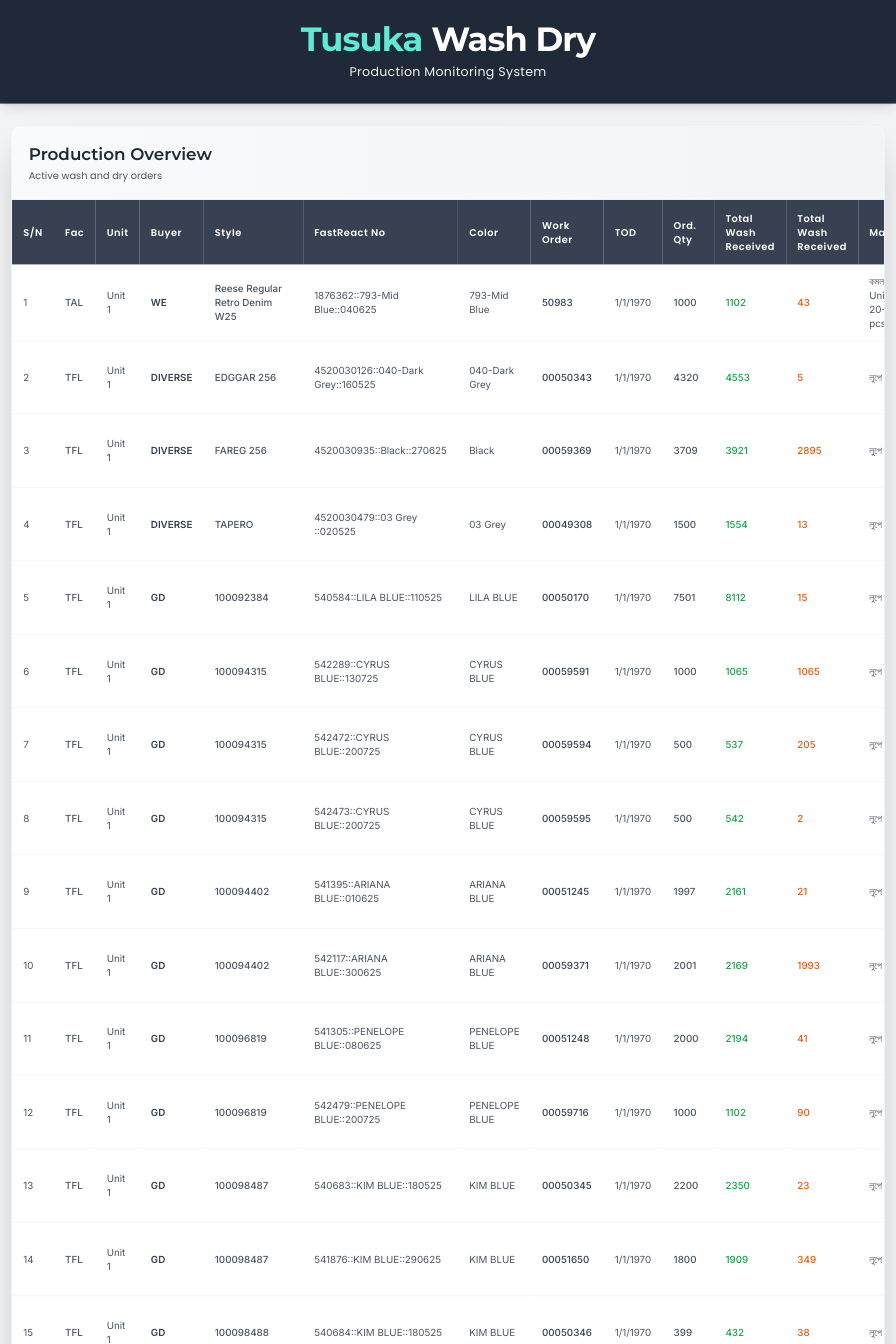
Repository: AhmedMuktadir14218/TusukaDryWash
Page: 1st Wash/index.html
An editor plug-in stored every save of this project. The page is shown before and after the next save, followed by the edit.
The browser window is 1280 px wide. The pictures show the part of the page from y = 0 to 1920 px (the page is 4107 px tall before and 4127 px after), at 70% of full size.
Some web libraries are served in a nearby version.

Above is the page before, as saved 2025-07-01 12:00:20.

After the next save:
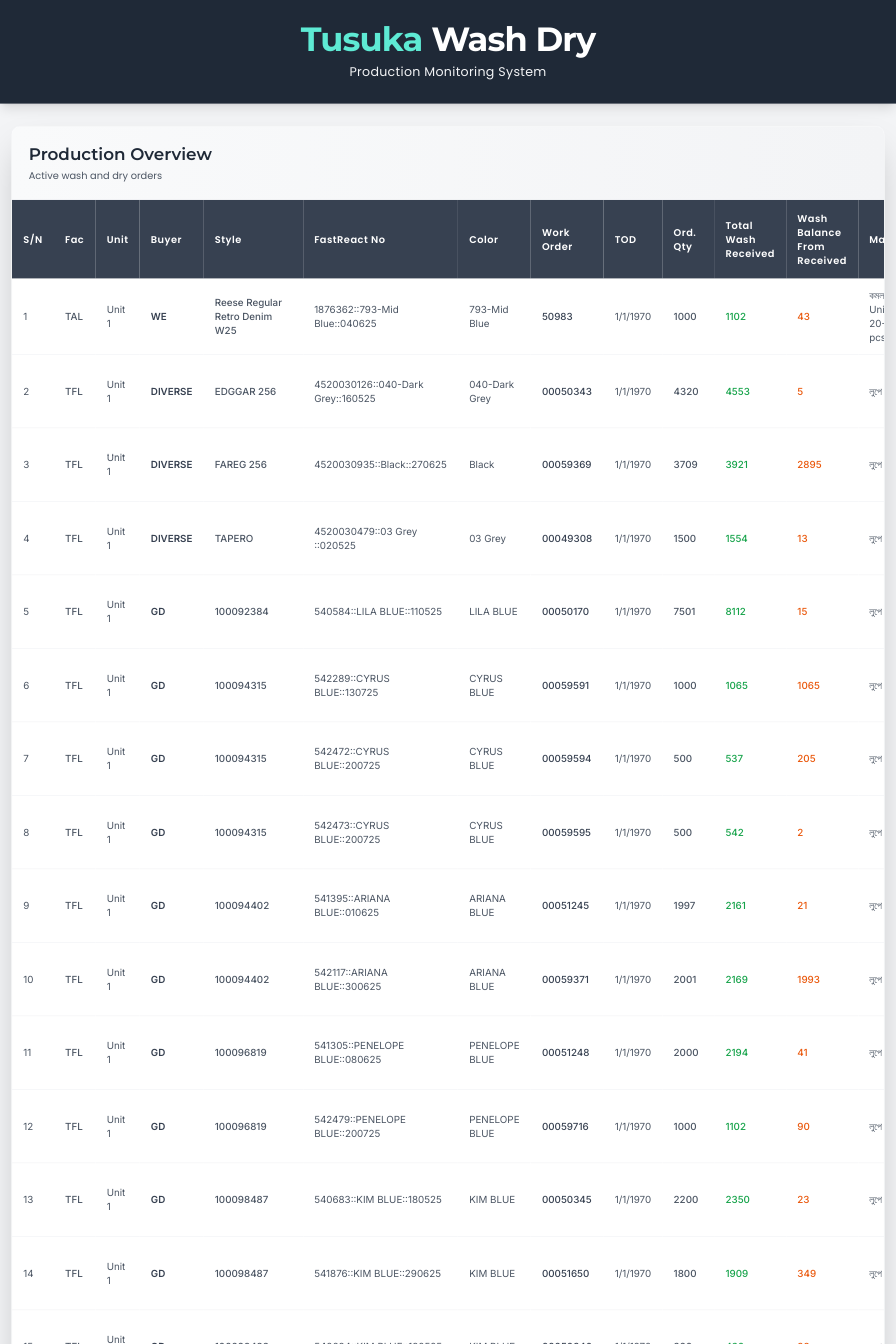
Saved 8 s later.
--- a/1st Wash/index.html
+++ b/1st Wash/index.html
@@ -80,7 +80,7 @@
                             <th class="px-4 py-4 font-semibold text-left tracking-wider">TOD</th>
                             <th class="px-4 py-4 font-semibold text-left tracking-wider">Ord. Qty</th>
                             <th class="px-4 py-4 font-semibold text-left tracking-wider">Total Wash Received</th>
-                            <th class="px-4 py-4 font-semibold text-left tracking-wider">Total Wash Received</th>
+                            <th class="px-4 py-4 font-semibold text-left tracking-wider">Wash Balance From Received</th>
                             <th class="px-4 py-4 font-semibold text-left tracking-wider">Marks</th>
                             <th class="px-4 py-4 font-semibold text-left tracking-wider">1st Wash Qty</th>
                             <th class="px-4 py-4 font-semibold text-left tracking-wider">Action</th>
